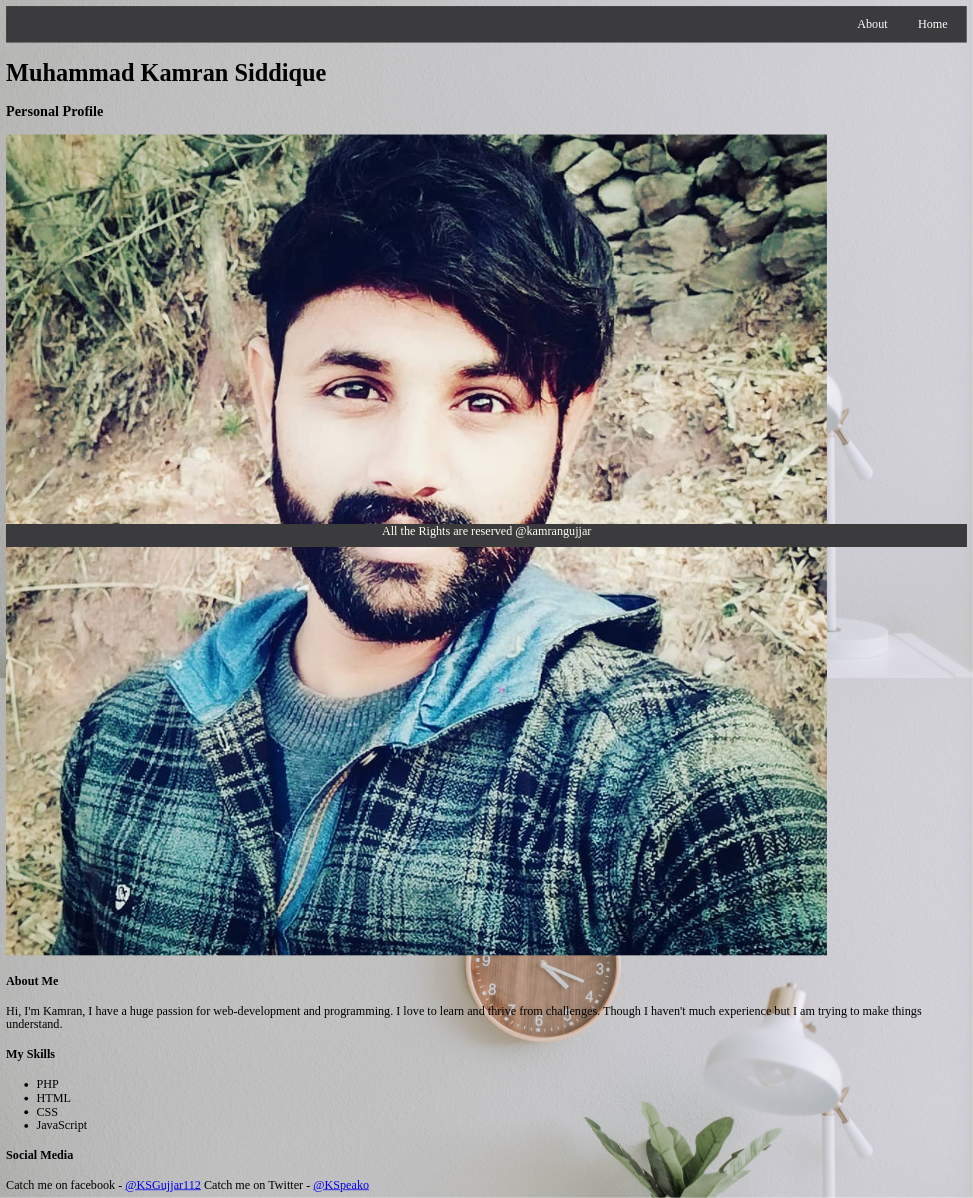
Repository: Kamrangujjar85112/Length-Converter
Page: html/about.html
The author's editor kept a copy of each file at every save. The page is drawn from the files as they stood at one save, then again after the next save.
The browser window is 1280 px wide. The pictures show the whole page, at 76% of full size.
Backgrounds fixed to the window are drawn as part of the page.

Above is the page before, as saved 2022-01-21 11:18:25.
Console error: TypeError: Cannot read properties of null (reading 'addEventListener')

### html/about.html
<!-- about -->
<!DOCTYPE html>
<html lang="en">
<head>
    <meta charset="UTF-8">
    <meta http-equiv="X-UA-Compatible" content="IE=edge">
    <meta name="viewport" content="width=device-width, initial-scale=1.0">
    <title>About</title>
    <link rel="stylesheet" href="../css/style.css">
</head>
<body>
    <div class="container ">
        <div class="header">
            <nav>
                <ul class="nav-ul">
                    <li class="nav-li"><a href="home.html">Home</a></li>
                    <li class="nav-li"><a href="about.html">About</a></li>
                </ul>
            </nav>
        </div>
        <div class="container">
            <h1>Muhammad Kamran Siddique</h1>
            <h3>Personal Profile</h3>
            <a href=""><img src="../css/dp.jpg" alt="profile-picture"  /></a>
            <h4>About Me</h4>
            <p>Hi, I'm Kamran, I have a huge passion for web-development and programming. I love to learn and thrive from challenges. Though I haven't much experience but I am trying to make things understand.</p>
            <h4>My Skills</h4>
            <div class="listFlex">
               <div>
                  <ul>
                     <li>PHP</li>
                     <li>HTML</li>
                     <li>CSS</li>
                     <li>JavaScript</li>
                  </ul>
               </div>
            </div>
            <h4>Social Media</h4>
            Catch me on facebook - <a href="https://twitter.com/KS Gujjar">@KSGujjar112</a>
            Catch me on Twitter - <a href="https://twitter.com/Kamran Gujjar">@KSpeako</a>
         </div>
            <footer class="footer">
                <span>All the Rights are reserved @kamrangujjar</span>
              </footer>
    </div>
    <script src="../js/converter.js"></script>
</body>
</html>

### css/style.css
  body{
    background-image: url('backg.jpg');
    background-repeat: no-repeat;
    background-attachment: fixed;
    background-size: cover;
}
.header{
    top: 0;
    width: 100%;
    margin: 0;
    position: relative;

}
.nav-ul{
    list-style-type: none;
    margin: 0;
    overflow: hidden;
    background: rgb(59, 59, 61);
  }

.nav-li {
    padding-right: 10px;
    float: right;
    align-items: inherit;
}

.nav-li a {
    display: block;
    color: rgb(255, 255, 255);
    text-align:center;
    padding: 15px 15px;
    text-decoration: none;
}
.link {
    list-style: none;
    text-align: left;
    align-items: left;
    margin: 10px;
    width: 300px;
}
.nav-li a:hover {
    background-color: #0ac577;
}
footer{
    bottom: 0;
    width: 98.8%;
    position: fixed;
    color: ivory;
    height: 30px;
    text-align: center;
    background: rgb(59, 59, 61);
}
button{
    width: 100%;
    height:40px;
    color: ivory;
    background-color: #141312;
    margin:13px;
    box-shadow: 0 12px 16px 0 rgba(0,0,0,0.24), 0 17px 50px 0 rgba(0,0,0,0.19);
}
#convert{
    width: 100px;
    height:40px;
    color: ivory;
    background-color: #141312;
    margin:13px;
    box-shadow: 0 12px 16px 0 rgba(0,0,0,0.24), 0 17px 50px 0 rgba(0,0,0,0.19);
}
#reset{
    width: 100px;
    height:40px;
    color: ivory;
    background-color: #141312;
    margin:13px;
    box-shadow: 0 12px 16px 0 rgba(0,0,0,0.24), 0 17px 50px 0 rgba(0,0,0,0.19);
}
.box{
    margin: 50px;
    align-content: left;
    border-color:navy;
}

### js/converter.js
const inputCmToMm = document.getElementById('centimetersToMilimeters');
const inputMiToKm = document.getElementById('milesToKilometers');
const inputMToCm = document.getElementById('metersToCentimeters');
const inputCmToKm = document.getElementById('centimetersToKilometers');
const inputKmToM = document.getElementById('kilometersToMeters');
const inputMiToM = document.getElementById('milesToMeters');
const inputFValue = document.getElementById('firstValue');
const inputSValue = document.getElementById('secondValue');
const p = document.getElementById('percent');
const convert = document.getElementById('convert');
const reset = document.getElementById('reset');



// // Converter
// centimeters To Milimeters
convert.addEventListener('click', function converter(){
    const Mm = inputCmToMm.value * 10;
    document.getElementById('cmToMm').innerHTML = inputCmToMm.value +' Centimeters are equal to ' +Mm + ' Milimeters';
})
// Miles to kilometers
convert.addEventListener('click', function converter(){
    const Km1 = inputMiToKm.value * 1.609;
    document.getElementById('miToKm').innerHTML = inputMiToKm.value +' Miles are equal to ' +Km1 + ' Kilometers';
});
// Meters to Centimeters
convert.addEventListener('click', function converter(){
    const Cm1 = inputMToCm.value * 100;
    document.getElementById('mToCm').innerHTML = inputMToCm.value +' Meters are equal to ' +Cm1 + ' Centimeters';
});
// centimeters To kilometers
convert.addEventListener('click', function converter(){
    const Km2 = inputCmToKm.value / 100000;
    document.getElementById('cmToKm').innerHTML = inputCmToKm.value +' Centimeters are equal to ' +Km2 + ' Kilometers';
});
// kilometers To meters
convert.addEventListener('click', function converter(){
    const M1 = inputKmToM.value * 1000;
    document.getElementById('kmToM').innerHTML = inputKmToM.value +' Kilometers are equal to ' +M1 + ' Meters';
});
// Miles To meters
convert.addEventListener('click', function converter(){
    const M2 = inputMiToM.value * 1609;
    document.getElementById('miToM').innerHTML = inputMiToM.value +' Miles are equal to ' +M2 + ' Meters';
});
// percentage
convert.addEventListener('click', function converter(){
    const fValue = inputFValue.value;
    const sValue = 100 / inputSValue.value;
    const p = fValue * sValue;
    document.getElementById('percent').innerHTML = 'The Percentage of ' + fValue +' is ' + p ;
});

// // reset
// centimeters To Milimeters
reset.addEventListener('click', function reset(){
    document.getElementById('centimetersToMilimeters').value= "";
    document.getElementById('cmToMm').innerHTML = "";
});
// Miles to kilometers
reset.addEventListener('click', function reset(){
    document.getElementById('milesToKilometers').value = "";
    document.getElementById('miToKm').innerHTML = "";
});
// Meters to Centimeters
reset.addEventListener('click', function reset(){
    document.getElementById('metersToCentimeters').value = "";
    document.getElementById('mToCm').innerHTML = "";
});
// centimeters To kilometers
reset.addEventListener('click', function reset(){
    document.getElementById('centimetersToKilometers').value = "";
    document.getElementById('cmToKm').innerHTML = "";
});
// kilometers To meters
reset.addEventListener('click', function reset(){
    document.getElementById('kilometersToMeters').value = "";
    document.getElementById('kmToM').innerHTML = "";
});
// Miles To meters
reset.addEventListener('click', function reset(){
    document.getElementById('milesToMeters').value = "";
    document.getElementById('miToM').innerHTML = "";
});
// percentage
reset.addEventListener('click', function reset(){
    document.getElementById('firstValue').value = "";
    document.getElementById('secondValue').value = "";
    document.getElementById('percent').innerHTML = "";
});

After the next save:
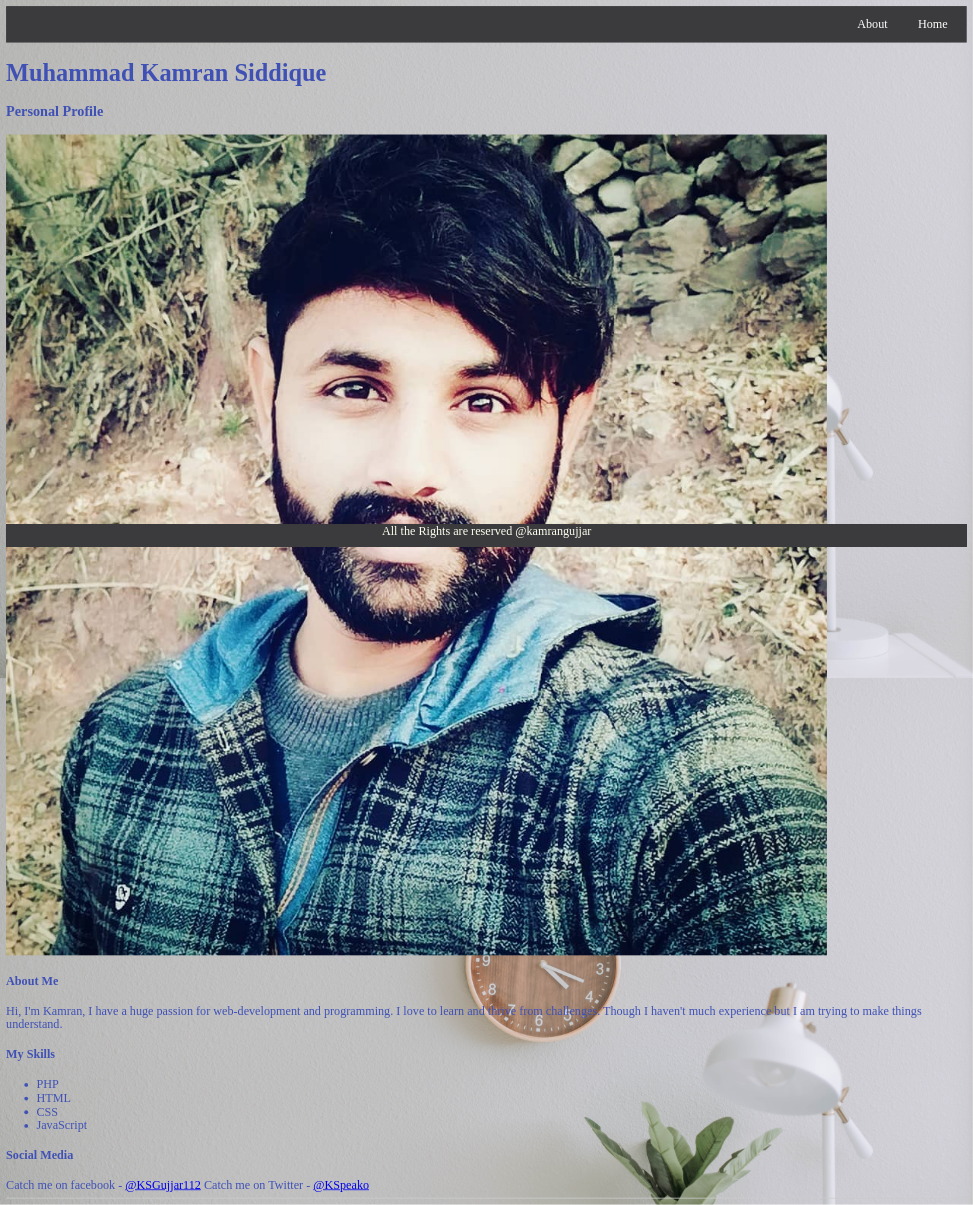
Saved 60 s later.
--- a/css/style.css
+++ b/css/style.css
@@ -3,6 +3,9 @@
     background-repeat: no-repeat;
     background-attachment: fixed;
     background-size: cover;
+    border-bottom: 1px solid #ccc;
+  color: #3F51B5;
+  padding-bottom: 8px
 }
 .header{
     top: 0;
